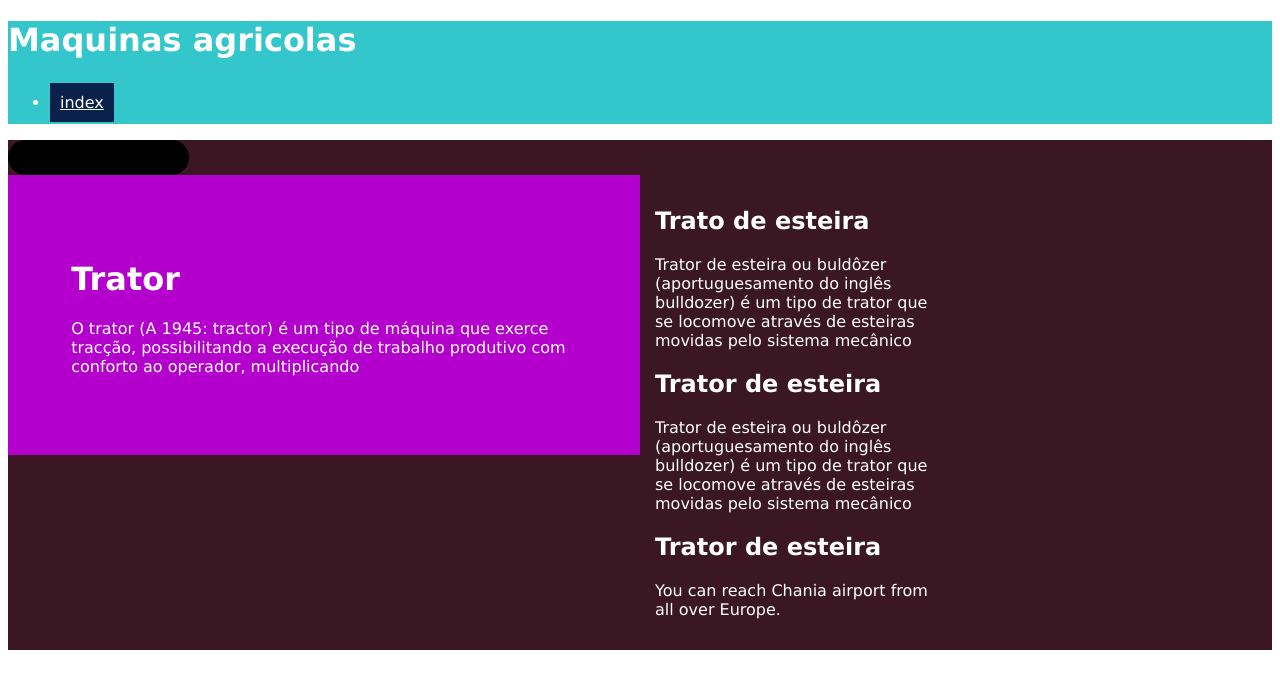
Repository: ecrseer/pesquisa-carros-html
Page: news.html
These files come from the project's save history. The page is drawn as it stood at one moment and after a run of saves; the edit follows.
The browser window is 1280 px wide. The pictures show the whole page.

Above is the page before, as saved 2022-01-21 16:17:15.
Console error: TypeError: Cannot read properties of undefined (reading 'fn')

After the next 2 saves:
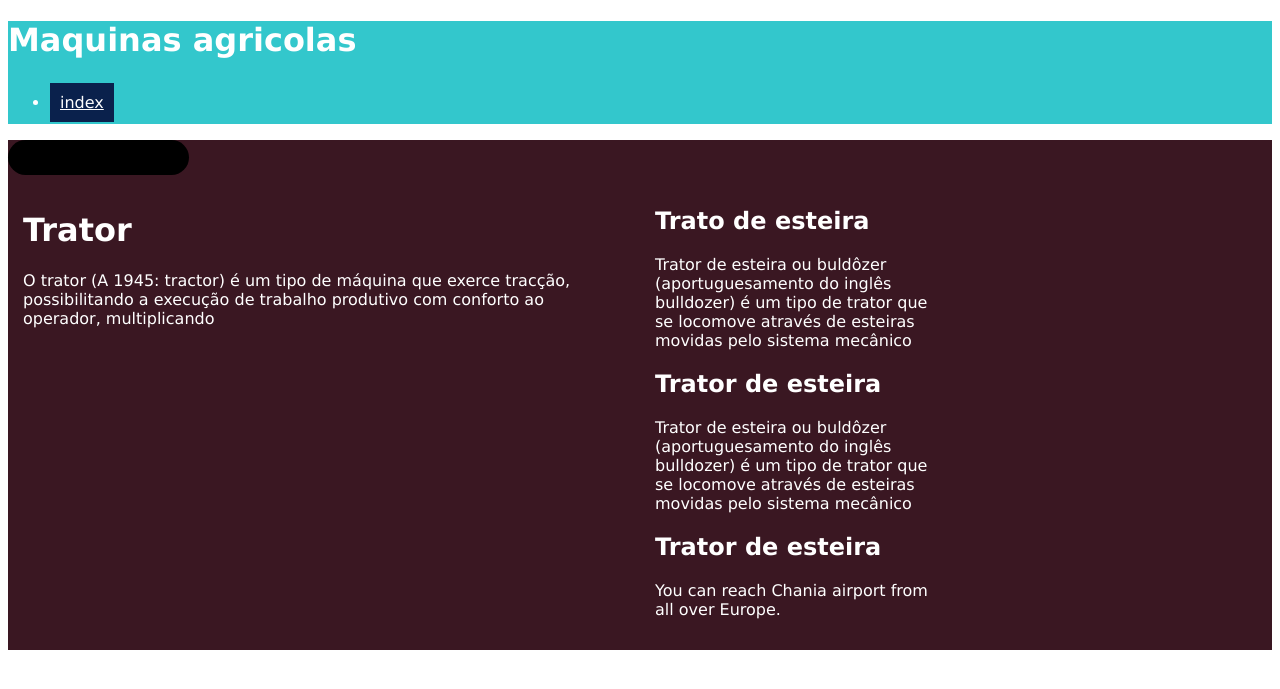
The 2 saves are shown as one change because they came seconds apart.
The last was saved 6 s later.
--- a/news.css
+++ b/news.css
@@ -50,19 +50,8 @@
 
   }
 
-  /* For mobile phones: */
-  [class*="col-"] {
-    width: 100%;
-    padding-top: 15%;
 
-  }
 
-  [class*="col-6"]{
-      background-color: #b400cc;
-      width: 98%;
-      padding: 5%;
-
-  }
 
   @media only screen and (min-width: 600px) {
     /* For tablets: */
